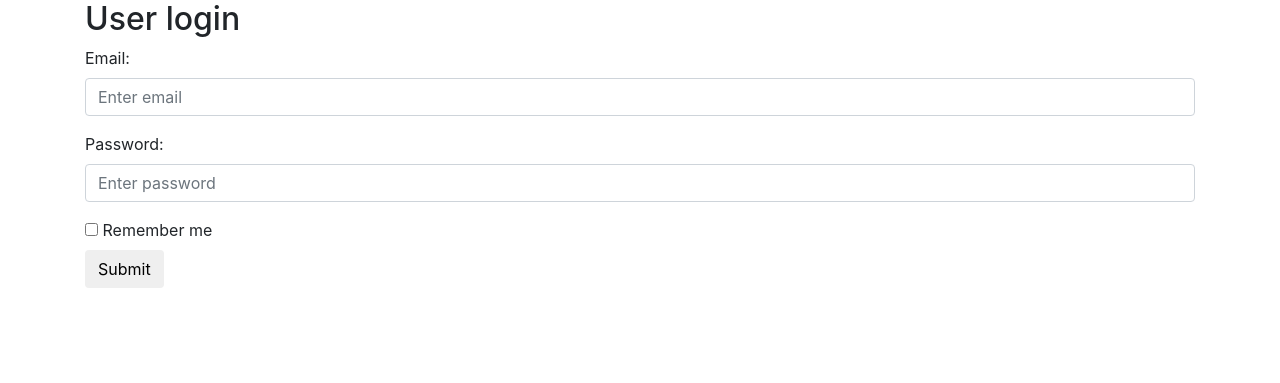
Repository: Anusha-Shilamkoti/Anusha
Page: MyFirstWebProject/WebContent/user.html
These files come from the project's save history. The page is drawn as it stood at one moment and after the next save; the edit follows.
The browser window is 1280 px wide. The pictures show the whole page.

Above is the page before, as saved 2020-01-20 04:45:40.

### MyFirstWebProject/WebContent/user.html
<!DOCTYPE html>
<html>
<head>
  <meta name="viewport" content="width=device-width, initial-scale=1">
  <link rel="stylesheet" href="Bootstrap/css/bootstrap.min.css">
  <script src="https://ajax.googleapis.com/ajax/libs/jquery/3.3.1/jquery.min.js"></script>
  <script src="Bootstrap/js/bootstrap.min.js"></script>
</head>
<body>
<div class="container">
  <h2>User login</h2>
  <form>
    <div class="form-group">
      <label for="email">Email:</label>
      <input type="email" class="form-control" id="email" placeholder="Enter email">
    </div>
    <div class="form-group">
      <label for="pwd">Password:</label>
      <input type="password" class="form-control" id="pwd" placeholder="Enter password">
    </div>
    <div class="checkbox">
      <label><input type="checkbox"> Remember me</label>
    </div>
    <button type="submit" class="btn btn-default">Submit</button>
  </form>
</div>


</body>
</html>

Loaded but not shown: MyFirstWebProject/WebContent/Bootstrap/css/bootstrap.min.css (library); MyFirstWebProject/WebContent/Bootstrap/js/bootstrap.min.js (library)

After the next save:
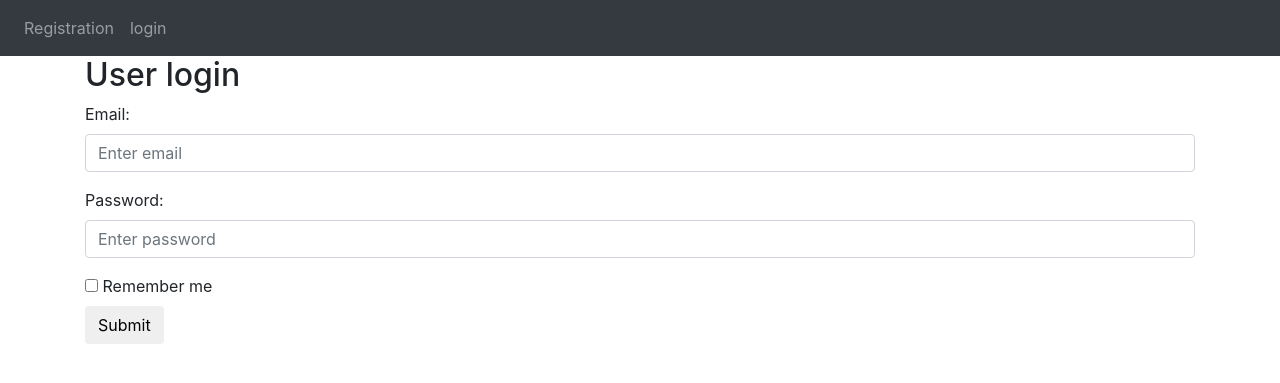
Saved 2 min 11 s later.
--- a/MyFirstWebProject/WebContent/user.html
+++ b/MyFirstWebProject/WebContent/user.html
@@ -7,6 +7,21 @@
   <script src="Bootstrap/js/bootstrap.min.js"></script>
 </head>
 <body>
+<nav class="navbar navbar-expand-sm bg-dark navbar-dark">
+  <button class="navbar-toggler" type="button" data-toggle="collapse" data-target="#collapsibleNavbar">
+    <span class="navbar-toggler-icon"></span>
+  </button>
+  <div class="collapse navbar-collapse" id="collapsibleNavbar">
+    <ul class="navbar-nav">
+      <li class="nav-item">
+        <a class="nav-link" href="userRegister.html">Registration</a>
+      </li>
+      <li class="nav-item">
+        <a class="nav-link" href="userlogin.html">login</a>
+      </li>
+    </ul>
+  </div>
+</nav>
 <div class="container">
   <h2>User login</h2>
   <form>
